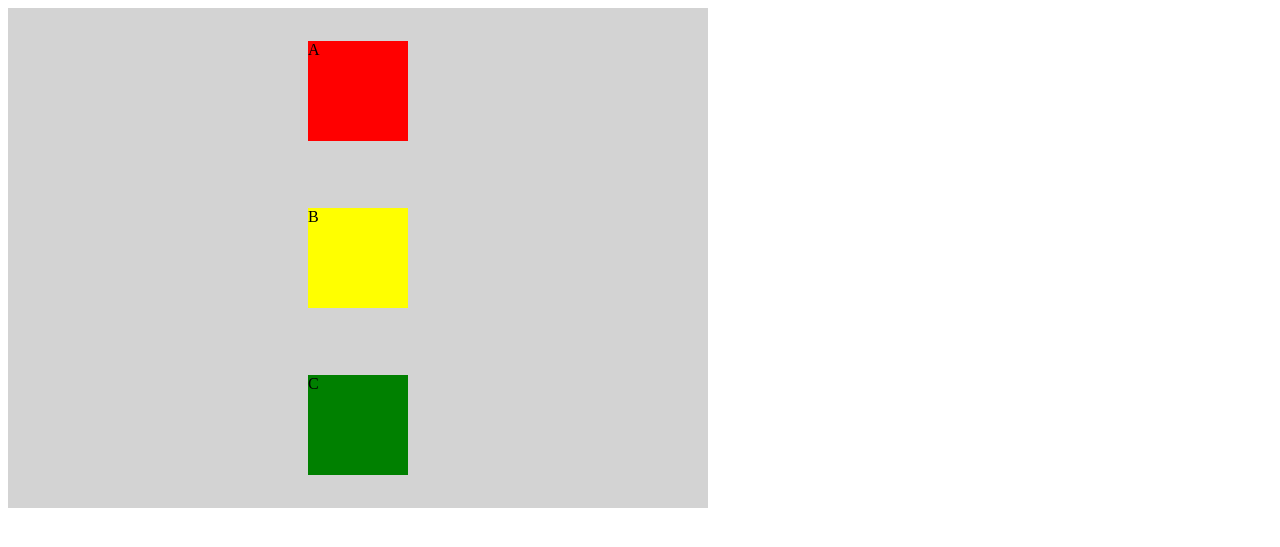
Repository: 4forces/HTML-CSS-LESSON
Page: postion.html
The author's editor kept a record of every edit. The page is drawn from the files as they stood at one moment, then again after the next edit.
The browser window is 1280 px wide. The pictures show the whole page.

Above is the page before.

### postion.html
<!DOCTYPE html>
<html lang="en">
<head>
    <meta charset="UTF-8">
    <meta name="viewport" content="width=device-width, initial-scale=1.0">
    <meta http-equiv="X-UA-Compatible" content="ie=edge">
    <title>Document</title>
    <style>
        .outer-box{
            height:500px;
            width:700px;
            background : lightgrey;
            display : flex;
            justify-content: space-around;
            align-items: center;
            flex-direction:column;
            align-content:flex-start;
        }
        .boxa{
            height:100px;
            width:100px;


        }
        .boxb{
            height:100px;
            width:100px;
            /*order: 1;*/
            /*align-self :flex-end;*/
        }
        .boxc{
            height:100px;
            width:100px;

        }
    </style>
</head>
<body>
    <div class="outer-box">
        <div class="boxa" style='background:red'>A</div>
        <div class="boxb" style='background:yellow'>B</div>
        <div class="boxc" style='background:green'>C</div>
    </div>
</body>
</html>

After the next edit:
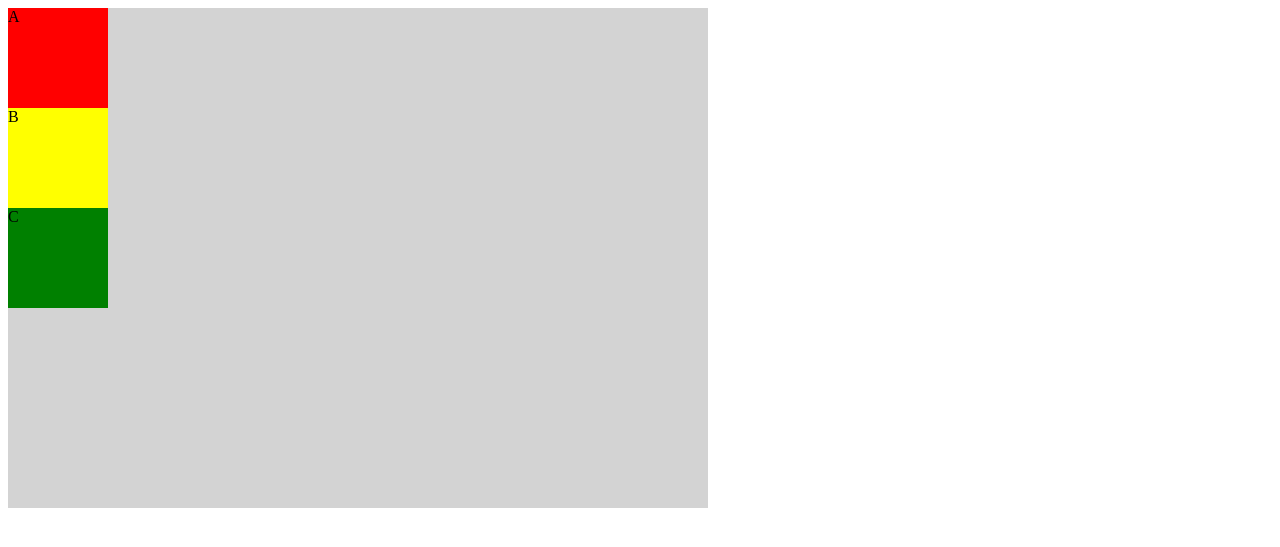
The edit:
--- a/postion.html
+++ b/postion.html
@@ -11,8 +11,8 @@
             width:700px;
             background : lightgrey;
             display : flex;
-            justify-content: space-around;
-            align-items: center;
+            /*justify-content: space-around;*/
+            /*align-items: center;*/
             flex-direction:column;
             align-content:flex-start;
         }
